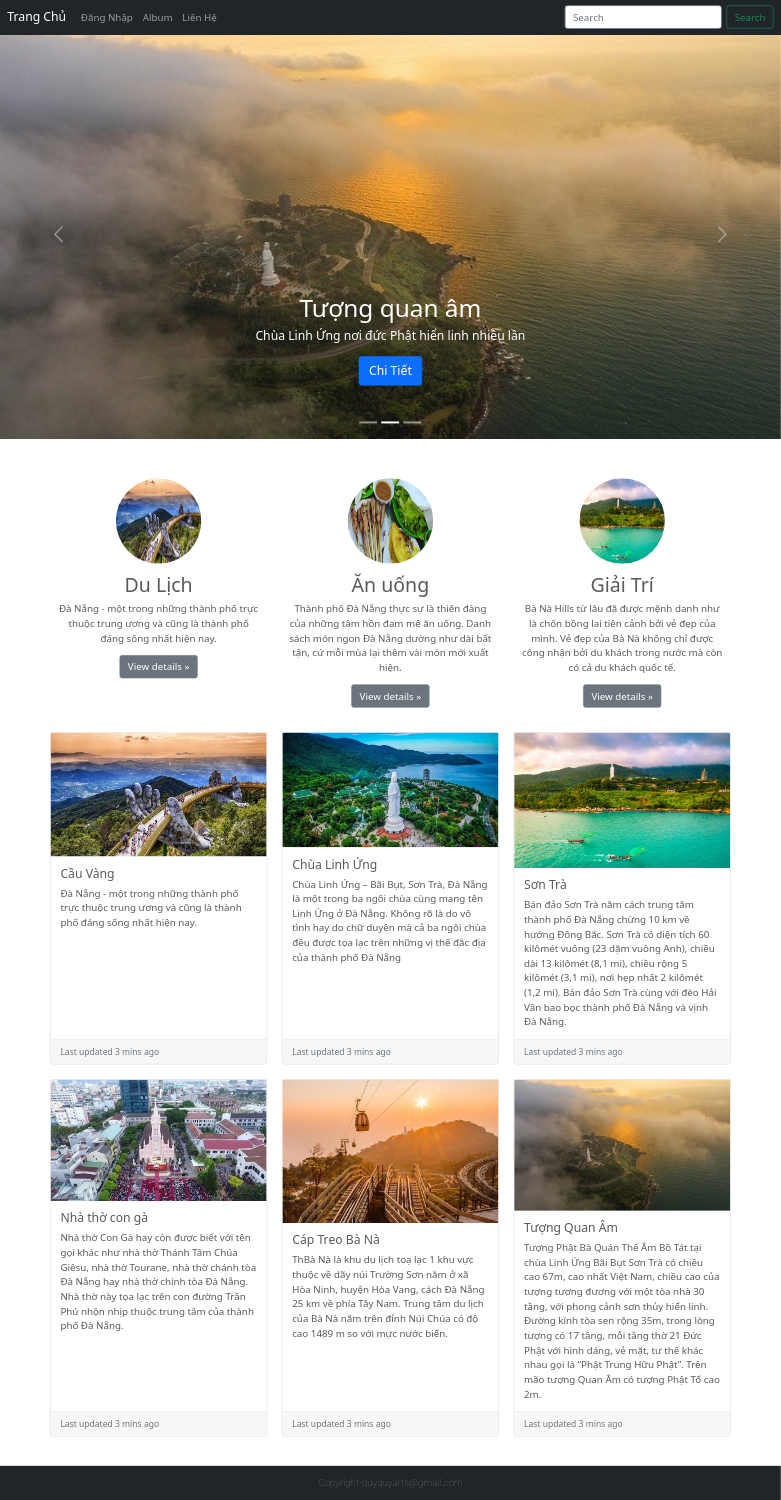
Repository: quyld88/baipro4
Page: index.html
An editor plug-in stored every save of this project. The page is shown before and after the next save, followed by the edit.
The browser window is 1280 px wide. The pictures show the whole page, at 61% of full size.

Above is the page before, as saved 2022-05-16 16:44:53.

After the next save:
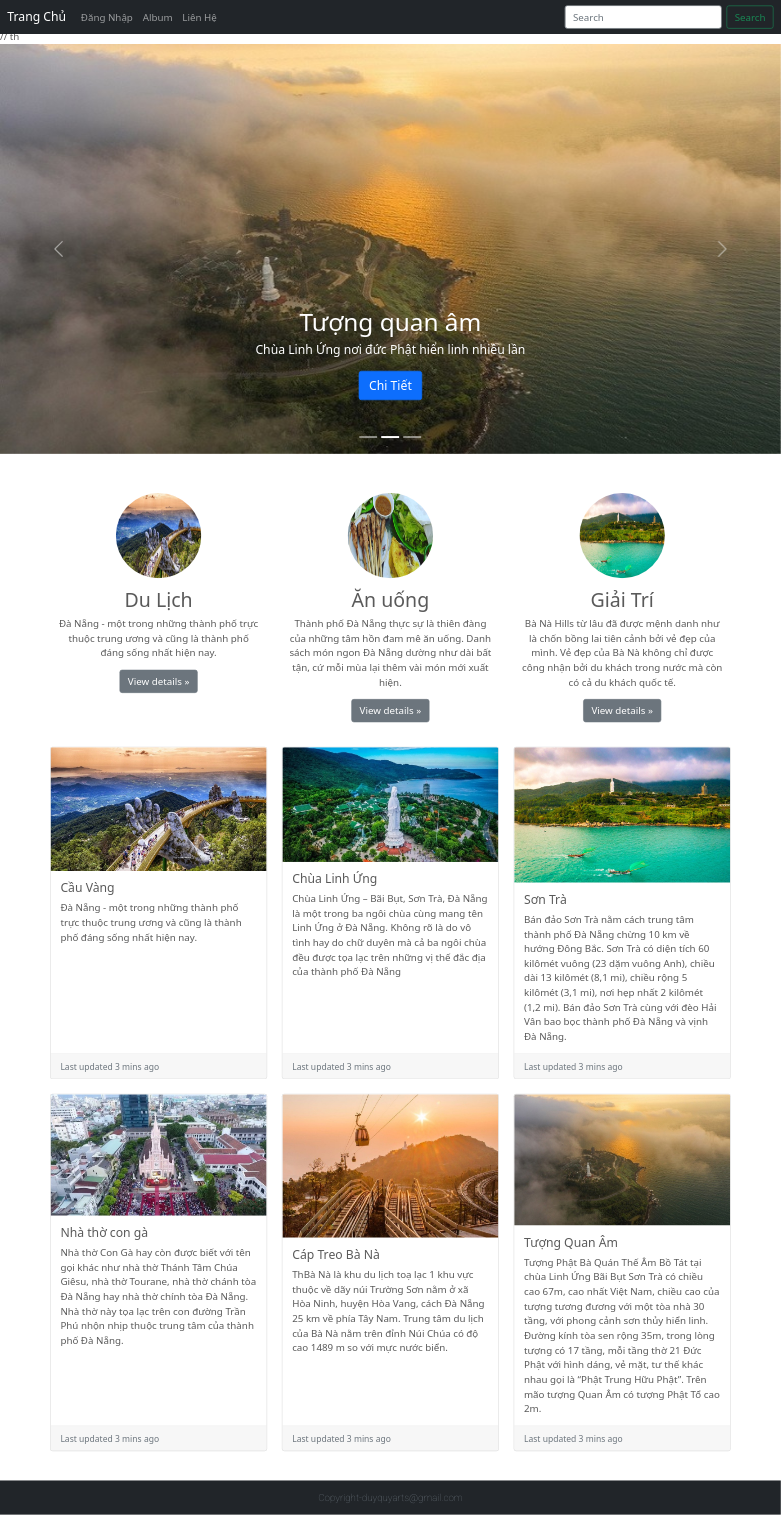
Saved 5 s later.
--- a/index.html
+++ b/index.html
@@ -14,8 +14,7 @@
     <!-- import font roboto -->
     <link rel="preconnect" href="https://fonts.googleapis.com">
     <link rel="preconnect" href="https://fonts.gstatic.com" crossorigin>
-    <link href="https://fonts.googleapis.com/css2?family=Montserrat:wght@100&family=Roboto:wght@100&display=swap" rel="stylesheet">
-
+    <link href="https://fonts.googleapis.com/css2?family=Montserrat:wght@100&family=Roboto:wght@100&display=swap" rel="stylesheet"> // th
 
 
     <style>
